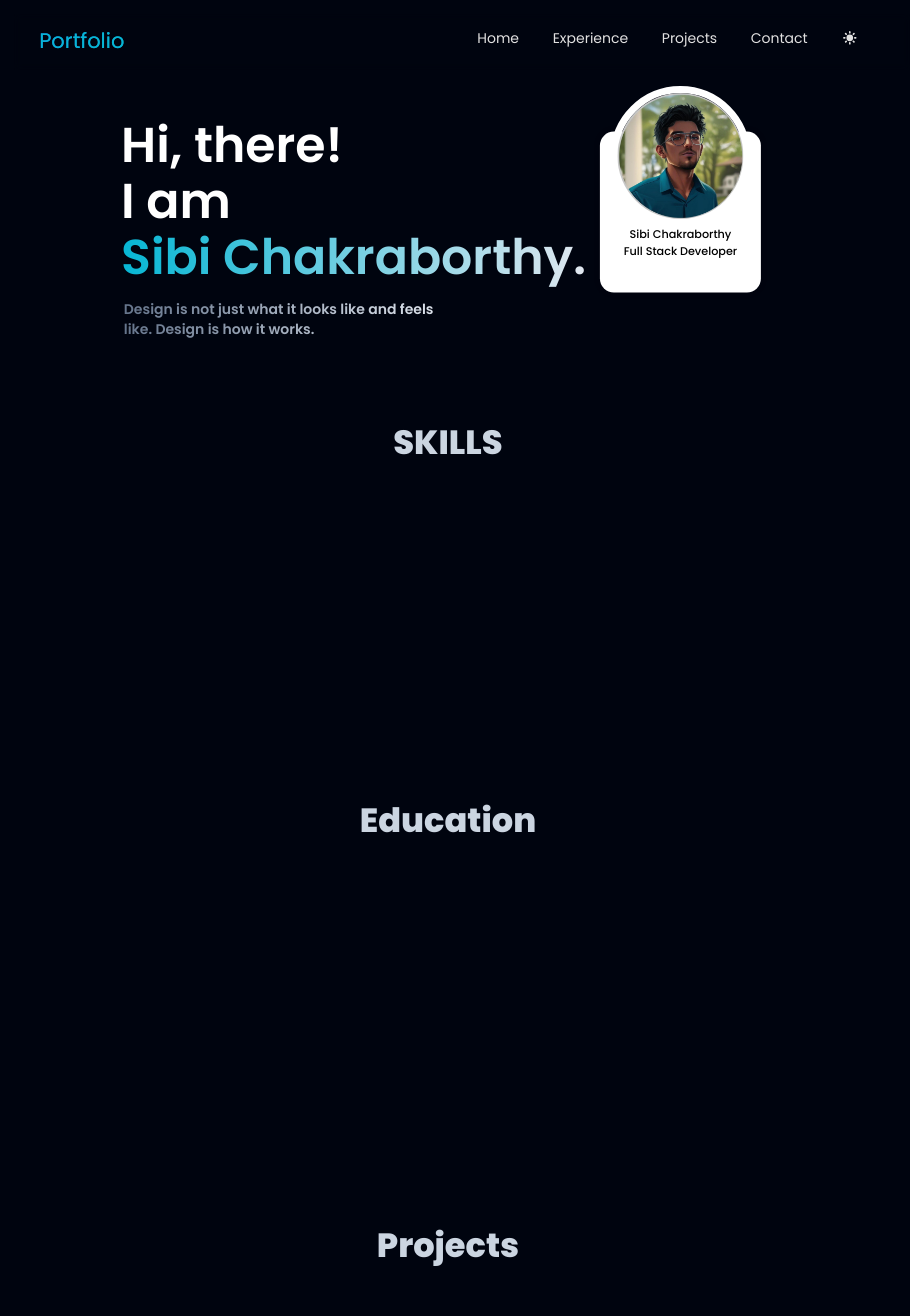
Repository: sibi24sibi/MyPersonalPortfolio
Page: /
The author's editor kept a copy of each file at every save. The page is drawn from the files as they stood at one save, then again after the next save.
The browser window is 1280 px wide. The page is 1300 px wide, so the pictures cover 1300 px, including what lies to the right of the window. The pictures show the part of the page from y = 0 to 1880 px (the page is 3414 px tall), at 70% of full size.
The pointer rests on the first visible `.team-member`.
The project was rebuilt for these pictures with package versions that can differ from the ones it lists, and the page was loaded fresh each time. Also part of the build but not shown: vite.config.js, src/components/Menu.jsx, src/components/Footer.jsx.

Above is the page before, as saved 2024-05-03 18:32:33.

After the next save:
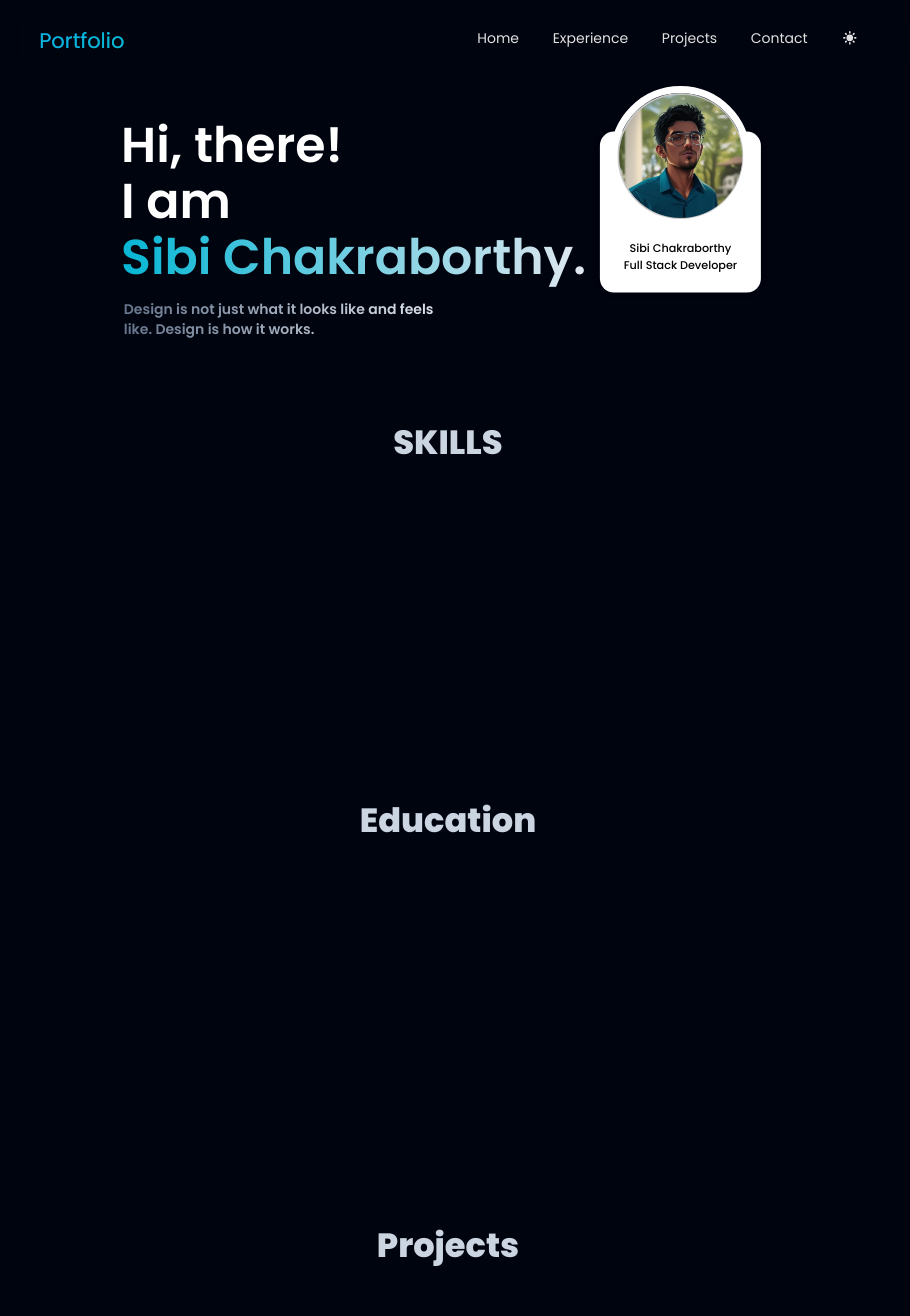
Saved 14 s later.
--- a/src/components/about-style.css
+++ b/src/components/about-style.css
@@ -33,6 +33,6 @@
 }
 
 .team-member:hover .details{
-    transform:translateY(-80px);
+    transform:translateY(-60px);
     transition: transform 0.3s ease-in-out;
 }
